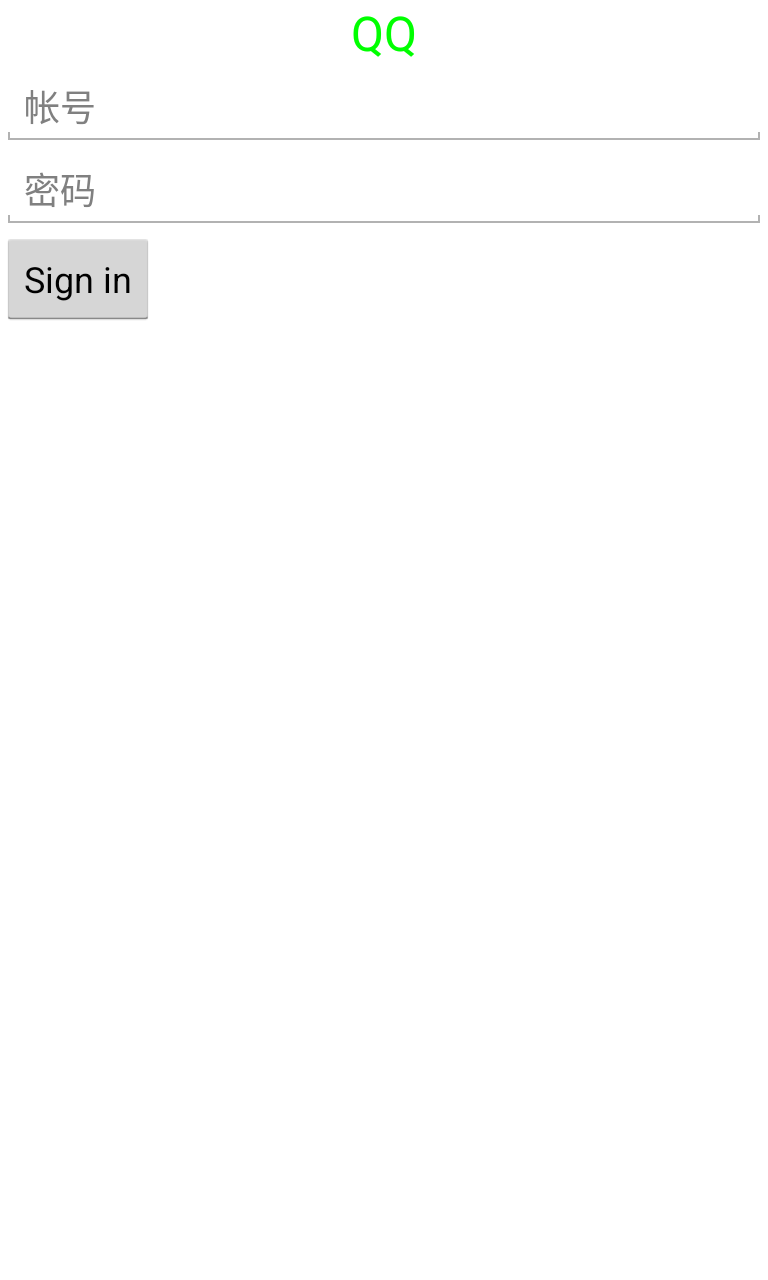
Repository: JDLINLC/android-dev
Layout: ModifyQQ/res/layout/main_activity.xml
These files come from the project's save history. The layout is drawn as it stood at one moment and after the next save; the edit follows.
It is drawn on a 768 x 1280 px phone screen (xhdpi) without system bars, with theme AppTheme; the app's code is not run.

Above is the layout before, as saved 2015-04-22 08:43:24.

After the next save:
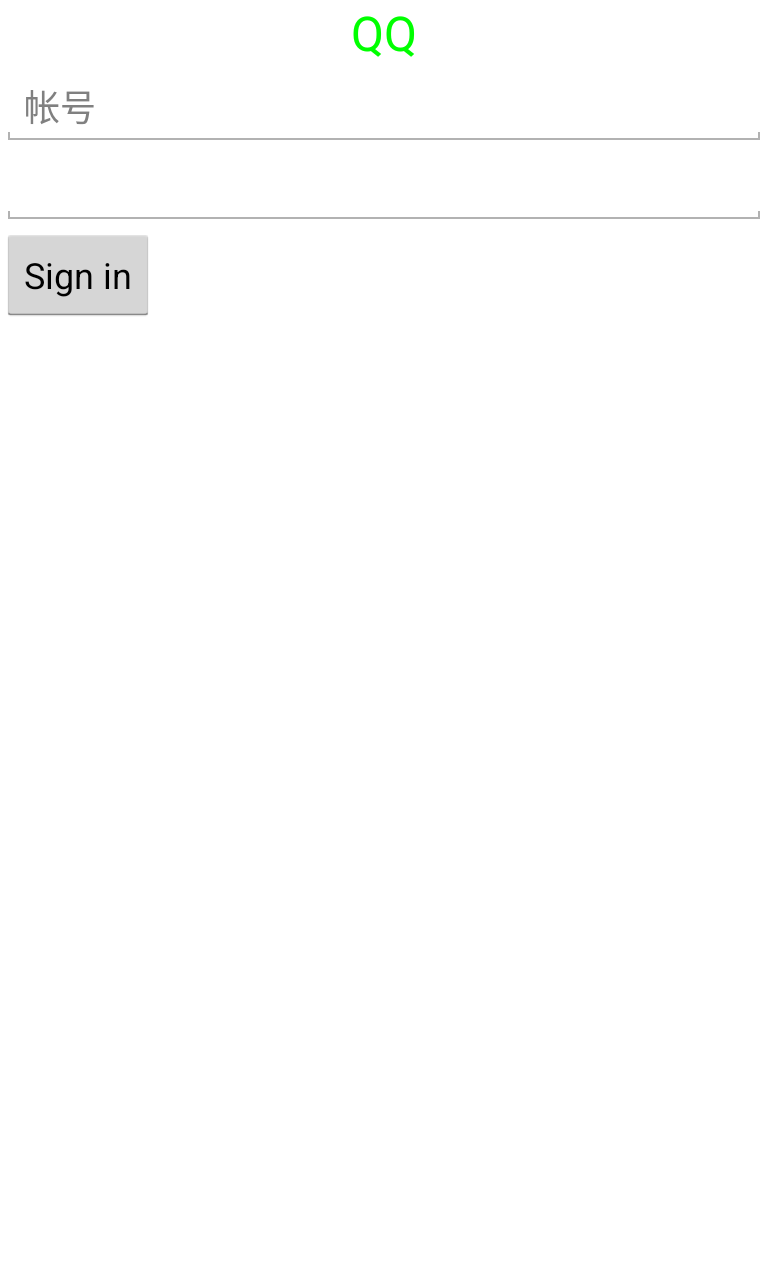
Saved 6 min 24 s later.
--- a/ModifyQQ/res/layout/main_activity.xml
+++ b/ModifyQQ/res/layout/main_activity.xml
@@ -24,7 +24,7 @@
         android:id="@+id/edit2_text"
         android:layout_width="match_parent"
         android:layout_height="wrap_content"
-        android:hint="密码"
+        android:inputType="密码"
         />
     <Button
         android:id="@+id/button_1"
